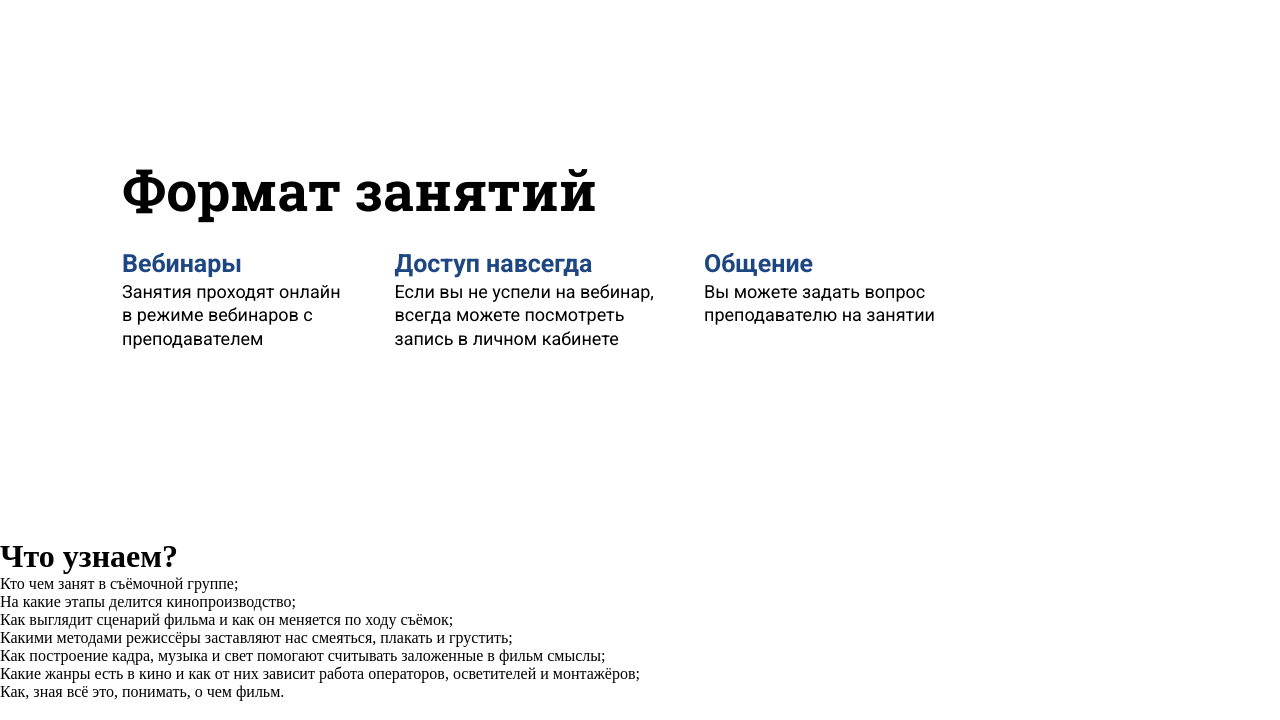
Repository: mirali879/previous-proj
Page: index.html
An editor plug-in stored every save of this project. The page is shown before and after a run of saves, followed by the edit.
The browser window is 1280 px wide. The pictures show the whole page.

Above is the page before, as saved 2023-05-06 19:27:07.

### index.html
<!DOCTYPE html>
<html lang="en">
  <head>
    <meta charset="UTF-8" />
    <meta http-equiv="X-UA-Compatible" content="IE=edge" />
    <meta name="viewport" content="width=device-width, initial-scale=1.0" />
    <link rel="stylesheet" href="/style.css" />
    <title>Document</title>
  </head>
  <body>
    <div class="page-1">
      <h1>Формат занятий</h1>

      <ul>
        <li >
          <h3>Вебинары</h3>
          <span
            >Занятия проходят онлайн в режиме вебинаров с преподавателем</span
          >
        </li>
        <li >
          <h3>Доступ навсегда</h3>
          <span
            >Если вы не успели на вебинар, всегда можете посмотреть запись в
            личном кабинете</span
          >
        </li>
        <li >
          <h3>Общение</h3>
          <span>Вы можете задать вопрос преподавателю на занятии</span>
        </li>
      </ul>
    </div>

    <div class="page-2">
      <h1>Что узнаем?</h1>
        <ul >
          <li>Кто чем занят в съёмочной группе;</li>
          <li>На какие этапы делится кинопроизводство;</li>
          <li>
            Как выглядит сценарий фильма и как он меняется по ходу съёмок;
          </li>
          <li>
            Какими методами режиссёры заставляют нас смеяться, плакать и
            грустить;
          </li>
          <li>
            Как построение кадра, музыка и свет помогают считывать заложенные в
            фильм смыслы;
          </li>
          <li>
            Какие жанры есть в кино и как от них зависит работа операторов,
            осветителей и монтажёров;
          </li>
          <li>Как, зная всё это, понимать, о чем фильм.</li>
        </ul>
    </div>

    <!-- <div class="container2">
        <h1>Программа курса</h1>
        <div class="box-row">
            <div class="box">
                <img src="/images/pic-1.png" alt="">
                <h3>1. Как создают кино</h3>
                <div class="div">
                    8 сентября 20:00 Данила Кузнецов
                </div>
            </div>

            <div class="box">
                <img src="/images/pic-1.png" alt="">
                <h3>1. Как создают кино</h3>
                <div class="div">
                    8 сентября 20:00 Данила Кузнецов
                </div>
            </div>

            <div class="box">
                <img src="/images/pic-1.png" alt="">
                <h3>1. Как создают кино</h3>
                <div class="div">
                    8 сентября 20:00 Данила Кузнецов
                </div>
            </div>

            <div class="box">
                <img src="/images/pic-1.png" alt="">
                <h3>1. Как создают кино</h3>
                <div class="div">
                    8 сентября 20:00 Данила Кузнецов
                </div>
            </div>

            <div class="box">
                <img src="/images/pic-1.png" alt="">
                <h3>1. Как создают кино</h3>
                <div class="div">
                    8 сентября 20:00 Данила Кузнецов
                </div>
            </div>

            <div class="box">
                <img src="/images/pic-1.png" alt="">
                <h3>1. Как создают кино</h3>
                <div class="div">
                    8 сентября 20:00 Данила Кузнецов
                </div>
            </div>

            <div class="box">
                <img src="/images/pic-1.png" alt="">
                <h3>1. Как создают кино</h3>
                <div class="div">
                    8 сентября 20:00 Данила Кузнецов
                </div>
            </div>

            <div class="box">
                <img src="/images/pic-1.png" alt="">
                <h3>1. Как создают кино</h3>
                <div class="div">
                    8 сентября 20:00 Данила Кузнецов
                </div>
            </div>
        </div>
    </div> -->
  </body>
</html>

### style.css
@import url("https://fonts.googleapis.com/css2?family=Roboto+Slab:wght@700&family=Roboto:wght@400;700&display=swap");
* {
  margin: 0;
  padding: 0;
}

.page-1 {
  padding: 162px 344px 188px 122px;
}
.page-1 h1 {
  font-family: "Roboto Slab";
  font-style: normal;
  font-weight: 700;
  font-size: 55px;
  line-height: 101.38%;
}
.page-1 ul {
  margin-top: 30px;
  display: flex;
  justify-content: space-between;
}
.page-1 li {
  list-style-type: none;
}
.page-1 li:nth-child(1) {
  width: 223px;
}
.page-1 li:nth-child(2) {
  width: 260px;
}
.page-1 li:nth-child(3) {
  width: 232px;
}
.page-1 ul li h3 {
  font-family: "Roboto";
  font-style: normal;
  font-weight: 700;
  font-size: 25px;
  line-height: 130%;
  color: #1e4681;
}
.page-1 ul li span {
  font-family: "Roboto";
  font-style: normal;
  font-weight: 400;
  font-size: 18px;
  line-height: 130%;
  color: #000000;
}

.page-2{

}

After the next 4 saves:
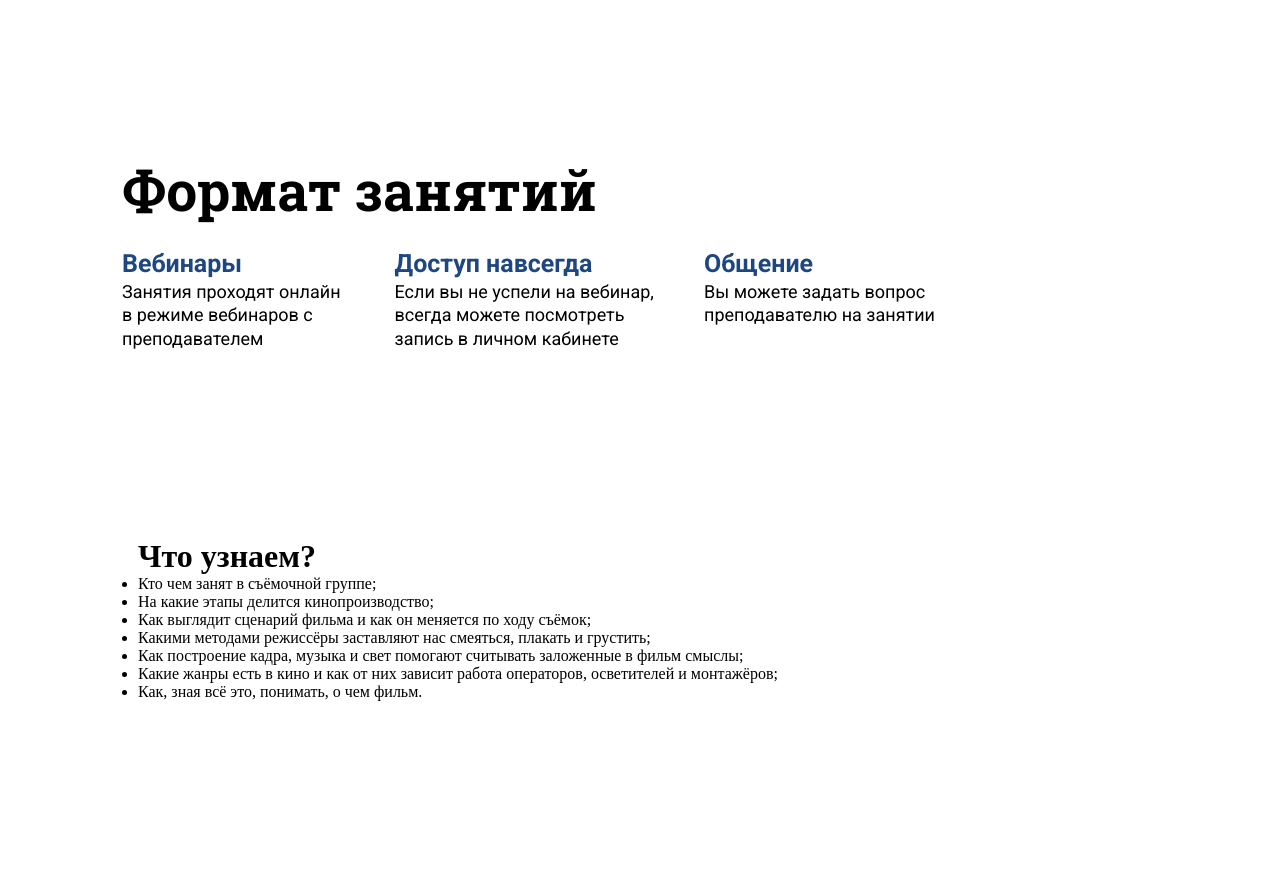
The 4 saves are shown as one change because they came seconds apart.
The last was saved 88 s later.
--- a/style.css
+++ b/style.css
@@ -49,5 +49,6 @@
 }
 
 .page-2{
-
+padding-left: 138px;
+padding-bottom: 168px;
 }
